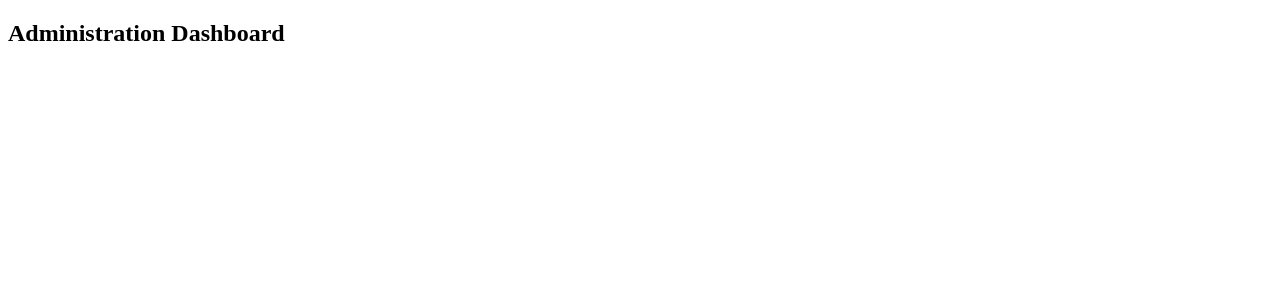
Repository: tranky1992/tranky1992.github.io
Page: http://localhost/BookStoreWebsite/admin/
The author's editor kept a copy of each file at every save. The page is drawn from the files as they stood at one save, then again after the next save.
The browser window is 1280 px wide. The pictures show the whole page.
The page is served by Tomcat 9.

Above is the page before, as saved 2020-10-02 03:22:48.

After the next save:
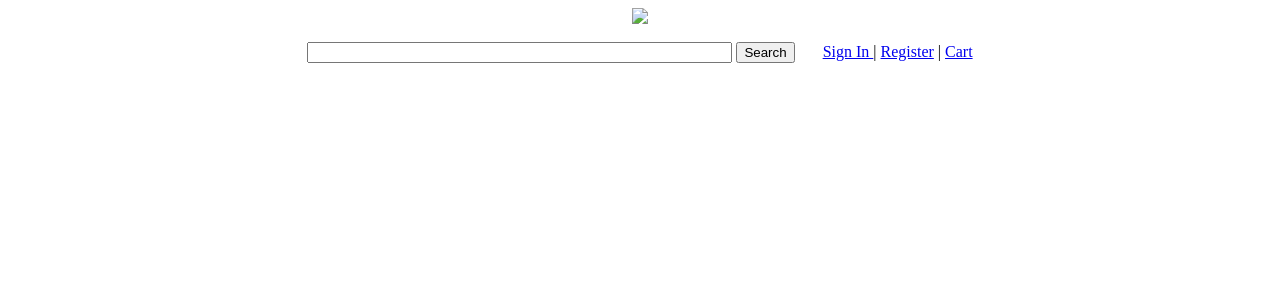
Not found: BookStoreWebsite/BookStoreWebsite/admin/images/BookstoreAdminLogo.png
Saved 2 min 21 s later.
--- a/BookStoreWebsite/WebContent/admin/index.jsp
+++ b/BookStoreWebsite/WebContent/admin/index.jsp
@@ -6,6 +6,6 @@
 <title>STB Book Store Administration</title>
 </head>
 <body>
-	<h2>Administration Dashboard</h2>
+	<jsp:directive.include file="header.jsp" />
 </body>
 </html>
